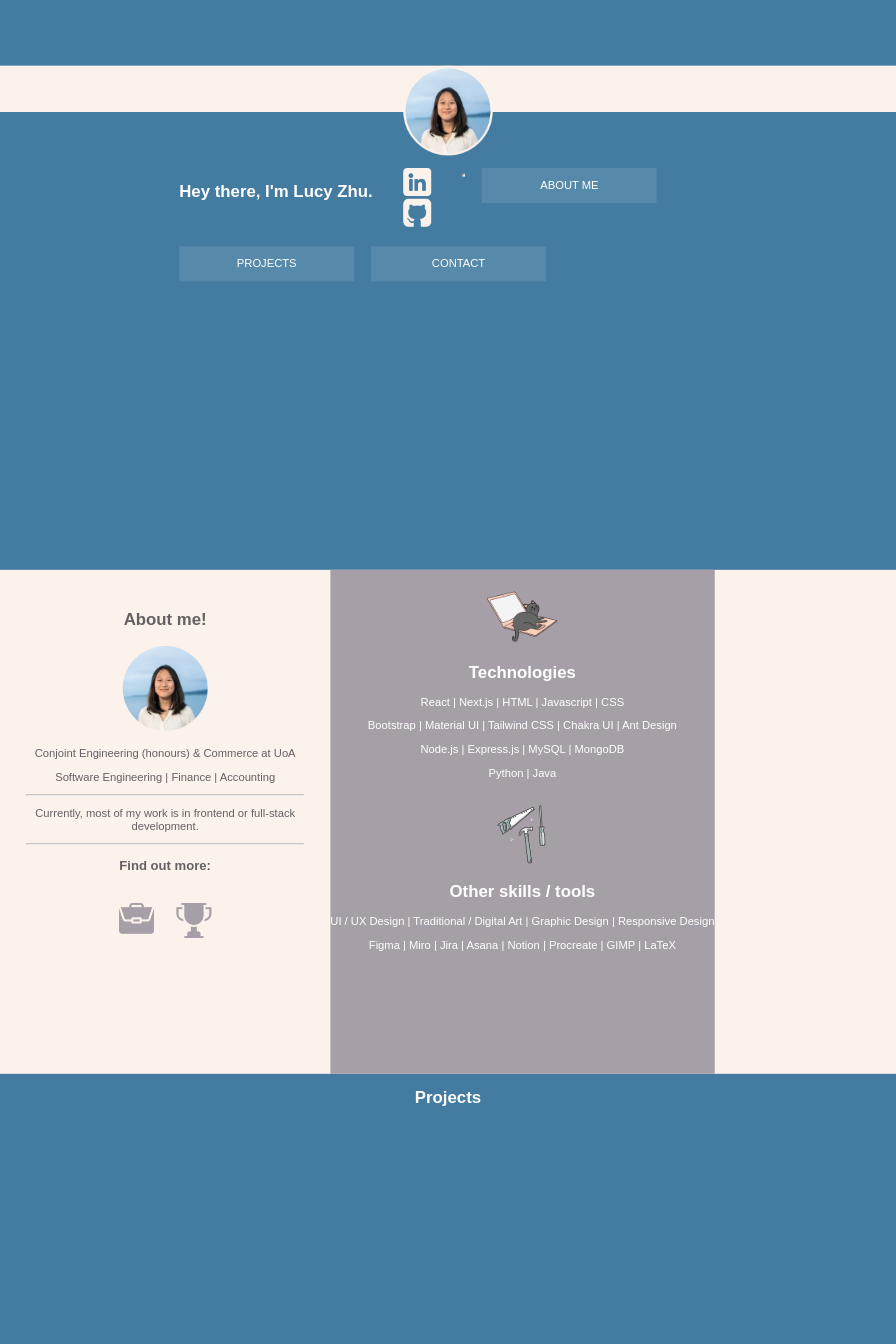
Repository: lukisoo/lukisoo-portfolio
Page: /
These files come from the project's save history. The page is drawn as it stood at one moment and after the next save; the edit follows.
The browser window is 1280 px wide. The pictures show the part of the page from y = 0 to 1920 px (the page is 3013 px tall before and 2920 px after), at 70% of full size.
The project was rebuilt for these pictures with package versions that can differ from the ones it lists, and the page was loaded fresh each time.

Above is the page before, as saved 2022-07-31 08:18:26.

After the next save:
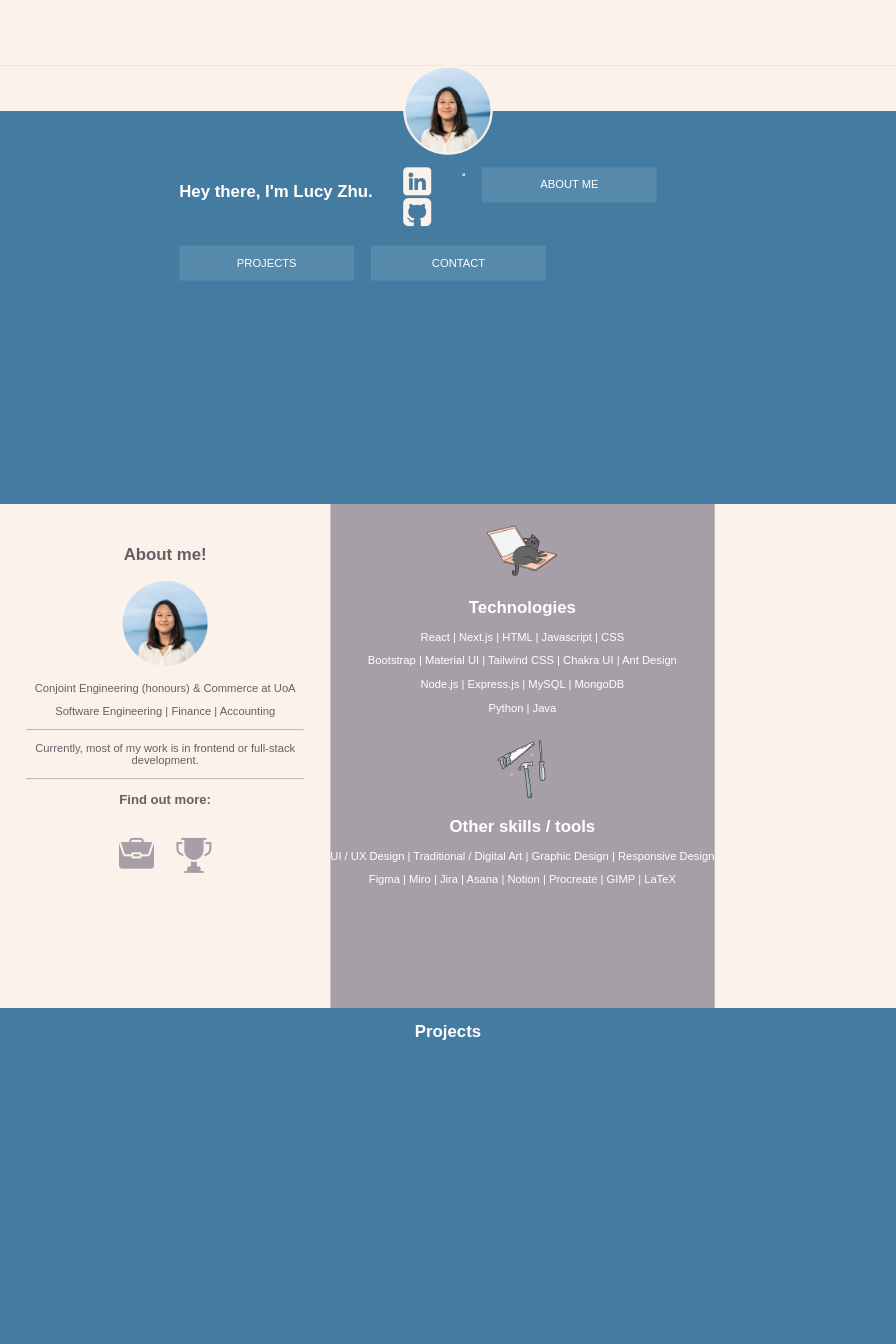
Saved 72 s later.
--- a/src/App.css
+++ b/src/App.css
@@ -87,15 +87,15 @@
   border-width: 2px;
 }
 
-.header-image-back {
+/* .header-image-back {
   background: linear-gradient(180deg, #FBF2EB 50%, #ffffff00 50%);
   width: 100vw;
   height: auto;
-}
+} */
 
 .header-image {
   background: linear-gradient(180deg, #FBF2EB 50%, #ffffff00 50%);
-  margin-top: 13vh;
+  border-top: 13vh solid #FBF2EB;
   width: 100vw;
   height: auto;
 }
